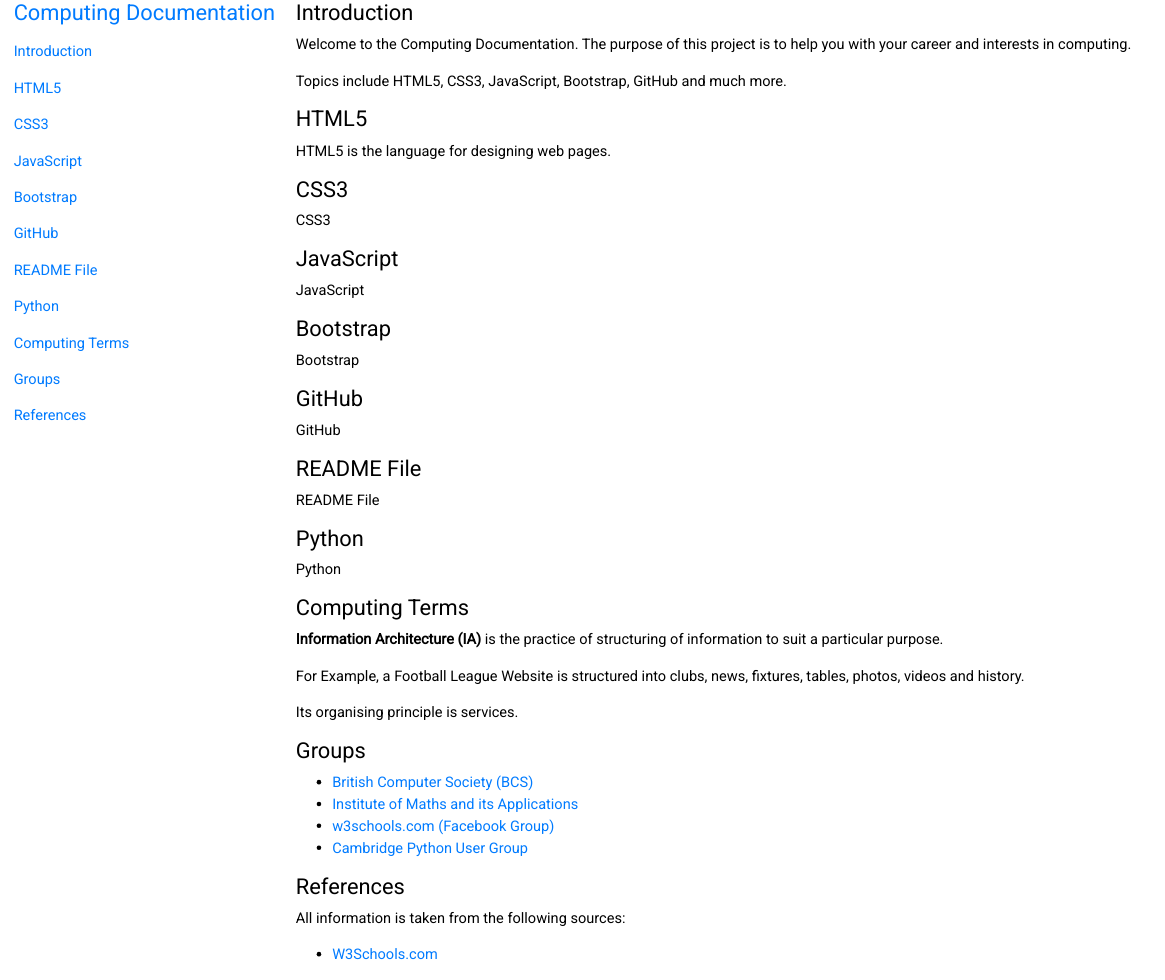
Repository: derektypist/technical-documentation-page
Page: index.html
The author's editor kept a record of every edit. The page is drawn from the files as they stood at one moment, then again after the next edit.
The browser window is 1280 px wide. The pictures show the whole page, at 91% of full size.

Above is the page before.

After the next edit:
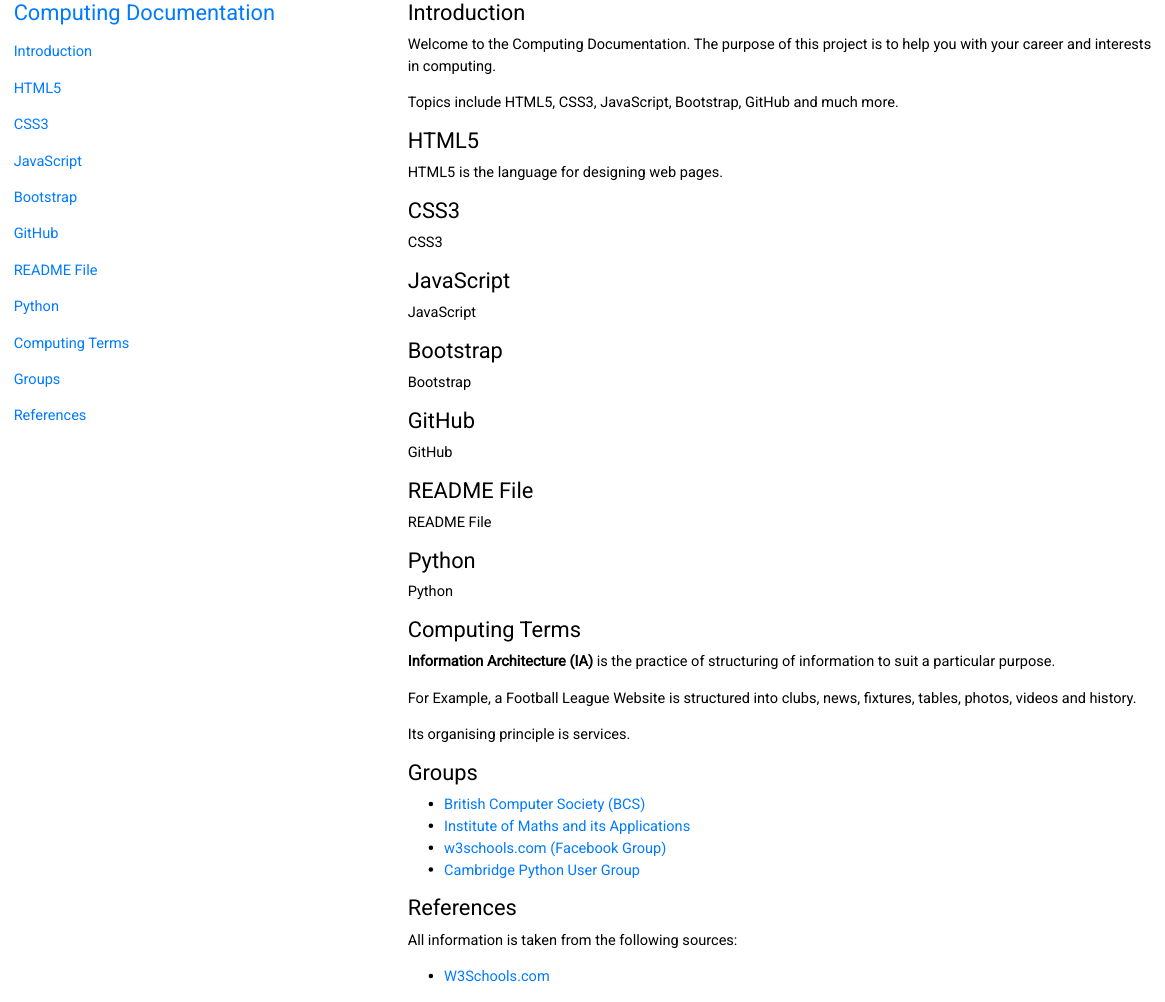
The edit:
--- a/index.html
+++ b/index.html
@@ -23,7 +23,7 @@
 
     #main-doc {
       font-family: "Roboto", Arial, Verdana, sans-serif;
-      padding-left: 325px;
+      padding-left: 35%;
     }
 
     /* Main Section */
